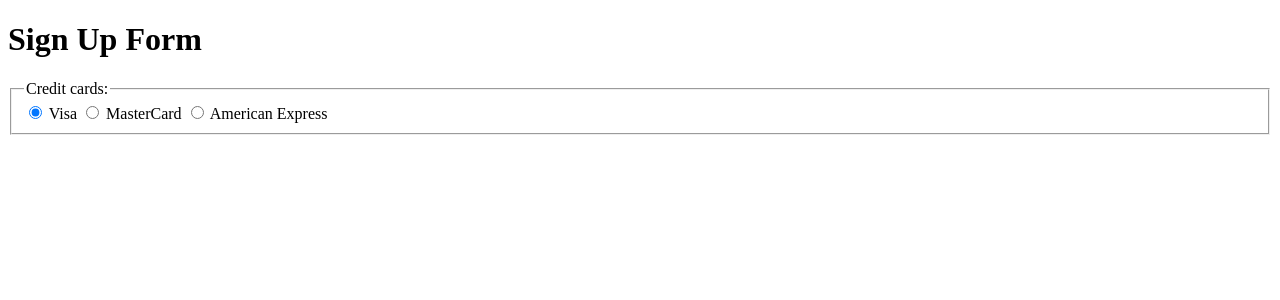
Repository: FWBMKII/csc207
Page: cnmb/cnmb.html
These files come from the project's save history. The page is drawn as it stood at one moment and after the next save; the edit follows.
The browser window is 1280 px wide. The pictures show the whole page.

Above is the page before, as saved 2015-04-27 12:23:13.

### cnmb/cnmb.html
<!DOCTYPE html PUBLIC "-//W3C//DTD HTML 4.01 Transitional//EN" "http://www.w3.org/TR/html4/loose.dtd">
<html>
<head>
<meta http-equiv="Content-Type" content="text/html; charset=UTF-8">
<title>（╯‵□′）╯︵┴─┴</title>
</head>
<body>
	<h1>Sign Up Form</h1>
	<form action="http://www.google.com/search">
<fieldset>
<legend>Credit cards:</legend>
<input type="radio" name="cc" value="visa"
checked="checked" /> Visa
<input type="radio" name="cc" value="
mastercard
" />
MasterCard
<input type="radio" name="cc" value="
amex
" />
American Express
</fieldset>
	</form>
</body>
</html>

After the next save:
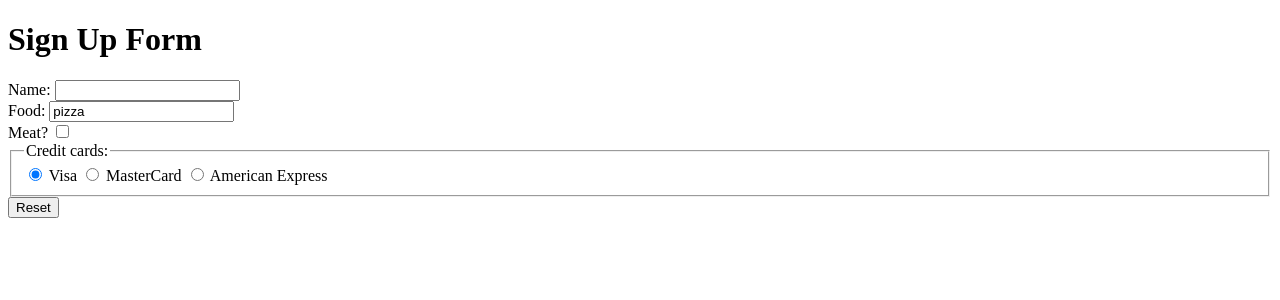
Saved 41 s later.
--- a/cnmb/cnmb.html
+++ b/cnmb/cnmb.html
@@ -7,6 +7,11 @@
 <body>
 	<h1>Sign Up Form</h1>
 	<form action="http://www.google.com/search">
+Name: <input type="text" name="name" /> <br/>
+Food: <input type="text" name="meal" value="pizza" />
+<br/>
+<label>Meat? <input type="checkbox" name="meat" /></label>
+<br/>
 <fieldset>
 <legend>Credit cards:</legend>
 <input type="radio" name="cc" value="visa"
@@ -20,6 +25,7 @@ amex
 " />
 American Express
 </fieldset>
+<input type="reset" />
 	</form>
 </body>
 </html>
